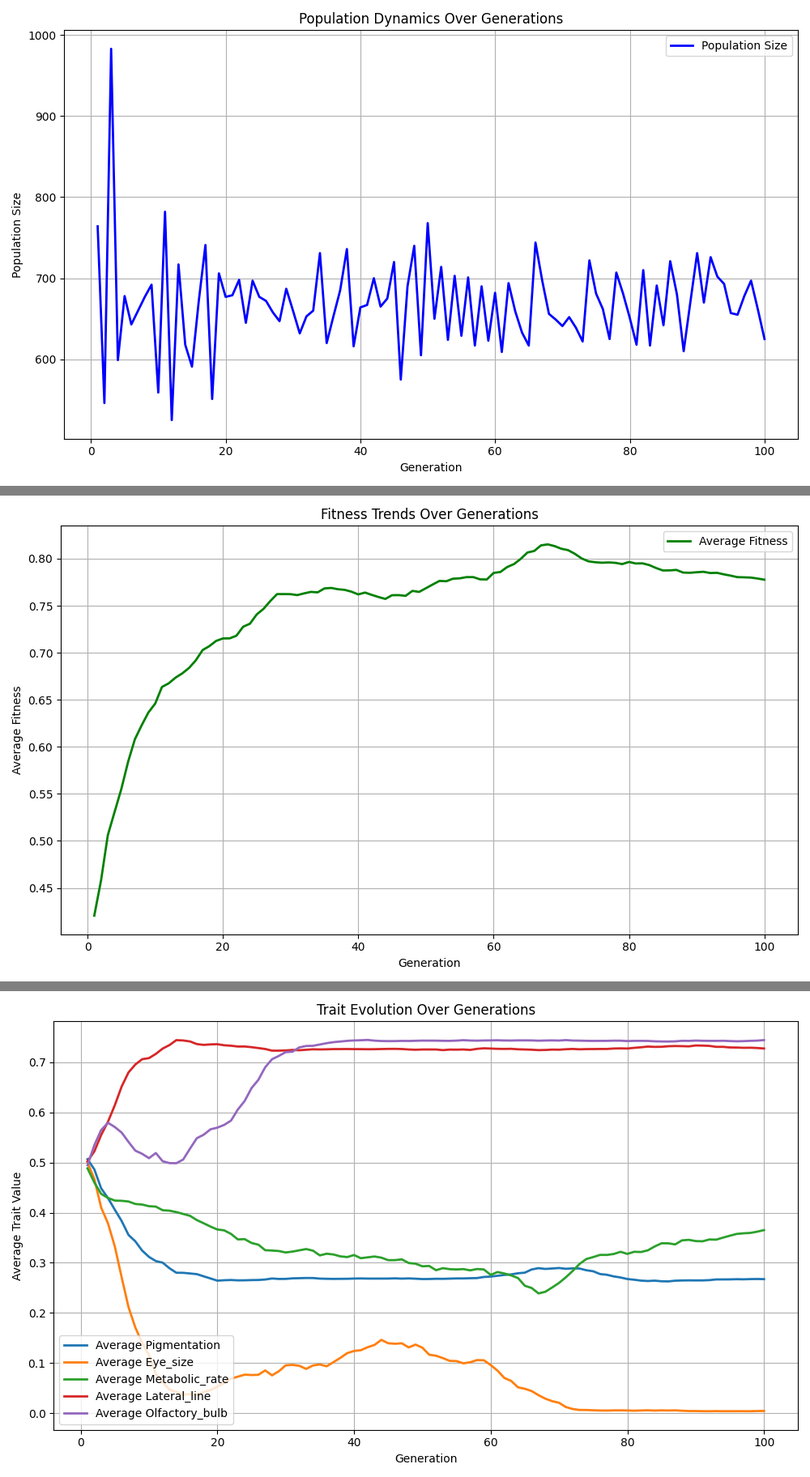
Repository: Christopher-Xu1/CaveEvolutionSimulator
Script's output: python src/simulation.py
The author's editor kept a copy of each file at every save. The script's output is drawn from the files as they stood at one save, then again after a run of saves.
The pictures are shown at 81% of full size.
Each picture stacks the figures in order, with grey between them; figures that are only written to a file come last. Random numbers start from a fixed seed.

Above is the script's output before, as saved 2024-12-20 17:22:53.

After the next 2 saves:
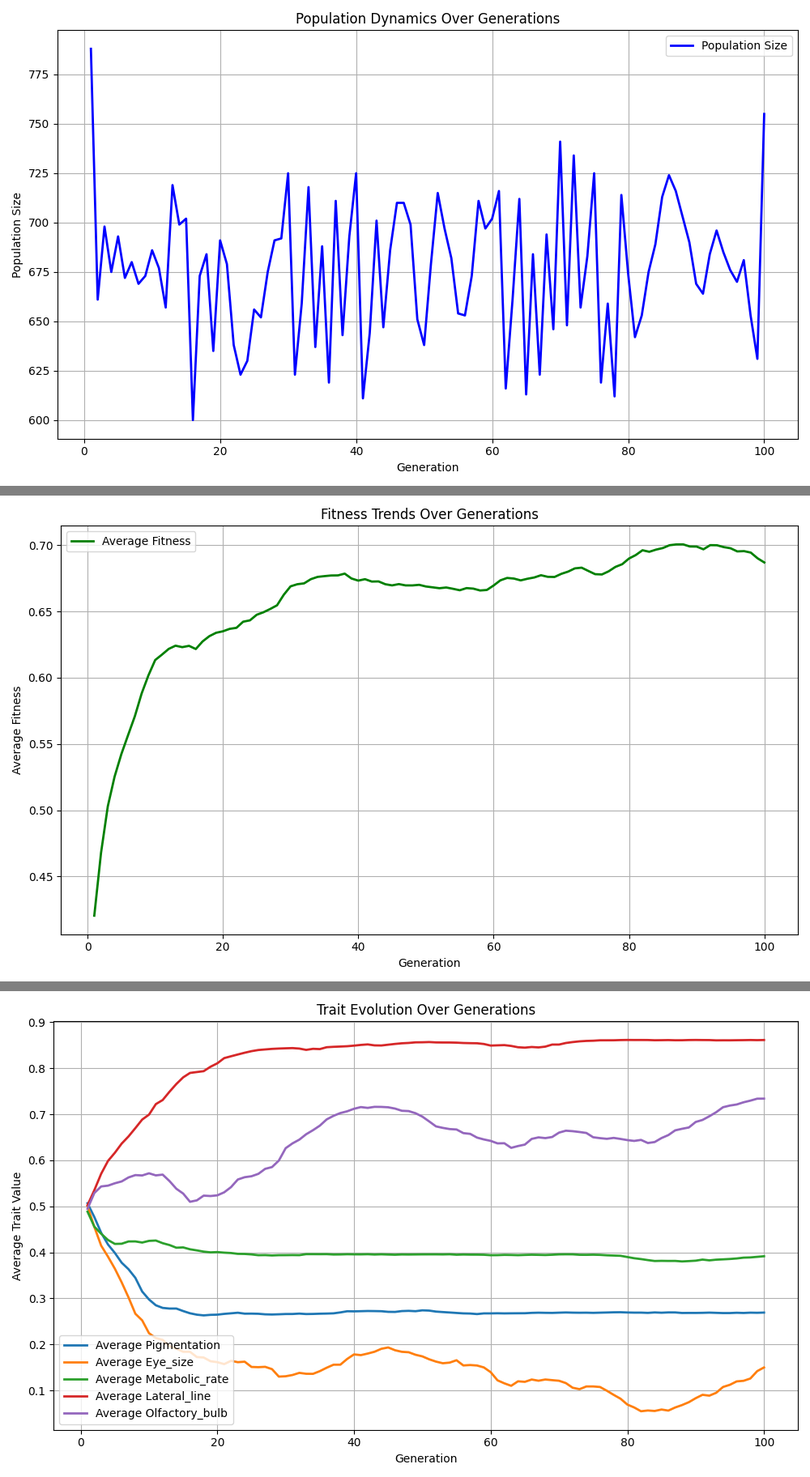
The 2 saves are shown as one change because they came seconds apart.
The last was saved 28 s later.
--- a/src/simulation.py
+++ b/src/simulation.py
@@ -41,8 +41,6 @@ def run_simulation(
     resource_usage_over_time = []
 
     for generation in range(1, num_generations + 1):
-        # Change environmental conditions
-        environment.change_conditions()
         environment.replenish_food()  # Assuming this method exists and handles food replenishment
         for patch in environment.patches:
             update_optimal_traits(patch)
